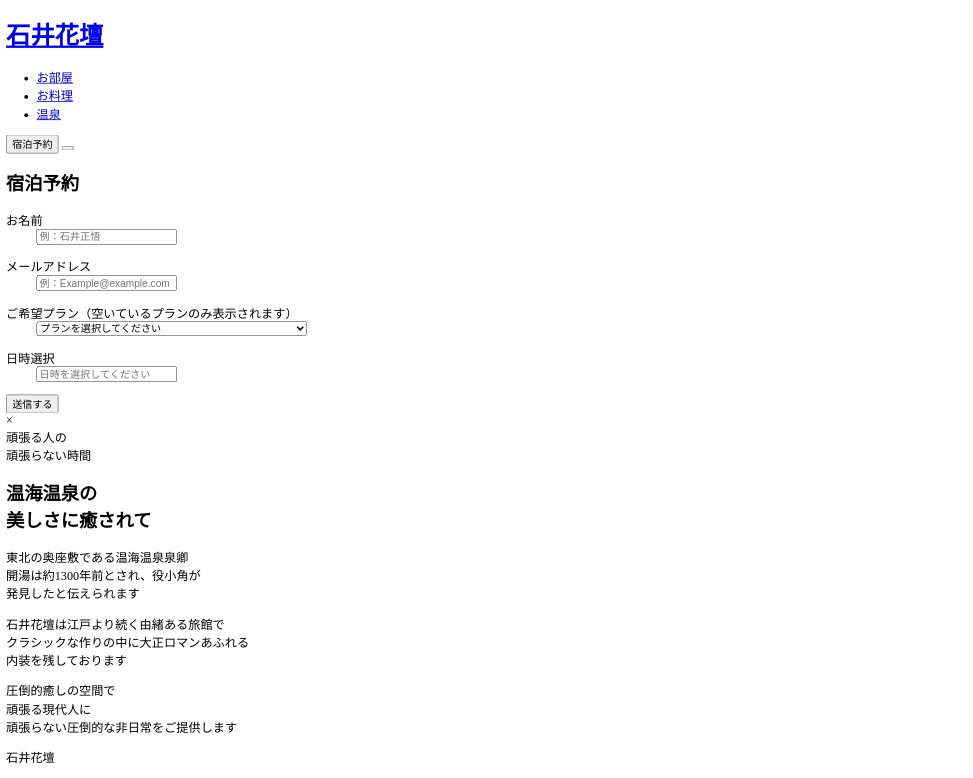
Repository: yuukiyokoyama/compex1
Page: index.html
The author's editor kept a copy of each file at every save. The page is drawn from the files as they stood at one save, then again after the next save.
The browser window is 1280 px wide. The pictures show the whole page, at 76% of full size.

Above is the page before, as saved 2021-09-16 23:54:55.

### index.html
<!DOCTYPE html>
<html lang="ja">
  <head>
    <meta charset="UTF-8" />
    <meta http-equiv="X-UA-Compatible" content="IE=edge" />
    <meta name="viewport" content="width=device-width, initial-scale=1.0" />
    <title>Document</title>
  </head>
  <body data-aos-easing="ease" data-aos-duration="400" data-aos-delay="0">
    <div id="fv">
      <div class="fv__img" style="background-image: url(images/mainbg01.jpg)"></div>
      <div class="fv__img" style="background-image: url(images/mainbg02.jpg)"></div>
      <div class="fv__img" style="background-image: url(images/mainbg03.jpg)"></div>

      <header>
        <div class="header__inner">
          <div class="header__inner--left">
            <h1 class="header_site-title">
              <a href="#">石井花壇</a>
            </h1>
            <div class="header__menu">
              <nav>
                <ul class="header__list">
                  <li class="header__list-item">
                    <a href="room.html">お部屋</a>
                  </li>
                  <li class="header__list-item">
                    <a href="cuisine.html">お料理</a>
                  </li>
                  <li class="header__list-item">
                    <a href="hot-spring.html">温泉</a>
                  </li>
                </ul>
              </nav>
            </div>
            <!-- header__menu -->
          </div>
          <!-- header__inner--left -->
          <div class="header__inner--right">
            <button class="header__reservation">宿泊予約</button>
            <button class="burger_btn">
              <span class="bars">
                <span class="bar bar_top"></span>
                <span class="bar baar_mid"></span>
                <span class="bar bar_bottom"></span>
              </span>
            </button>
          </div>
          <!-- header__inner--right -->
          <!-- モーダルエリアここから -->
          <section id="modalArea" class="modalArea">
            <div id="modalBg" class="modalBg"></div>
            <div class="modalWrapper">
              <form class="modalContents">
                <h2 class="modalAria__title">宿泊予約</h2>
                <dl class="form__body">
                  <dt>
                    <label for="name">お名前</label>
                  </dt>
                  <dd class="form_text">
                    <input type="text" name="name" id="name" placeholder="例：石井正悟" />
                  </dd>
                </dl>
                <dl class="form__body">
                  <dt><label for="mail-address"></label> メールアドレス</dt>
                  <dd class="form_text">
                    <input
                      type="text"
                      name="mail-address"
                      id="mail-address"
                      placeholder="例：Example@example.com"
                    />
                  </dd>
                </dl>
                <dl class="form__body">
                  <dt>
                    <label for="desired-plan"
                      >ご希望プラン（空いているプランのみ表示されます）</label
                    >
                  </dt>
                  <dd class="form__text">
                    <select name="desired-plan" id="desired-plan">
                      <option value="hidden">プランを選択してください</option>
                      <option value="limited-time">
                        【期間限定】海辺の四季旬彩、贅沢美味懐石プラン
                      </option>
                      <option value="weekday-plan">平日に優雅に楽しむ、特別宿泊プラン</option>
                      <option value="family-plan">
                        絶景貸切露天と個室会席を満喫できるファミリープラン
                      </option>
                    </select>
                  </dd>
                </dl>
                <dl class="form__body">
                  <dt><label for="date-select">日時選択</label></dt>
                  <dd class="form__text">
                    <input
                      type="text"
                      class="flatpickr flatpickr-input"
                      placeholder="日時を選択してください"
                      readonly="readonly"
                    />
                  </dd>
                </dl>
                <input type="submit" class="form__submit-btn" value="送信する" />
                <div id="closeModal" class="closeModal">×</div>
              </form>
            </div>
          </section>
        </div>
        <!-- header__inner -->
      </header>
      <div class="copy">頑張る人の<br />頑張らない時間</div>
    </div>
    <!-- fv -->
    <main>
      <article>
        <section class="preface">
          <div class="section__wrapper">
            <div
              class="preface__body aos-init aos-animate"
              data-aos="fade-up"
              data-aos-duration="2000"
            >
              <h2 class="preface_title">
                温海温泉の<br />
                美しさに癒されて<br />
              </h2>
              <p class="preface_text">
                東北の奥座敷である温海温泉泉卿<br />
                開湯は約1300年前とされ、役小角が<br />
                発見したと伝えられます
              </p>
              <p class="preface__text">
                石井花壇は江戸より続く由緒ある旅館で<br />
                クラシックな作りの中に大正ロマンあふれる<br />
                内装を残しております
              </p>
              <p class="preface_text">
                圧倒的癒しの空間で<br />
                頑張る現代人に<br />
                頑張らない圧倒的な非日常をご提供します
              </p>
              <p class="preface__name">石井花壇</p>
            </div>
            <!-- preface__body -->
          </div>
        </section>
        <section class="contents">
          <div class="contents__box"></div>
          <div class="contents__box contents__reverse"></div>
          <div class="contents__box">
            <figure
              class="contents__img-wrapper aos-init aos-animate"
              data-aos="fade-up"
              data-aos-duration="2000"
            ></figure>
          </div>
        </section>
        <section class="lodging-plan"></section>
        <section class="news"></section>
        <section class="access"></section>
      </article>
    </main>
  </body>
</html>

After the next save:
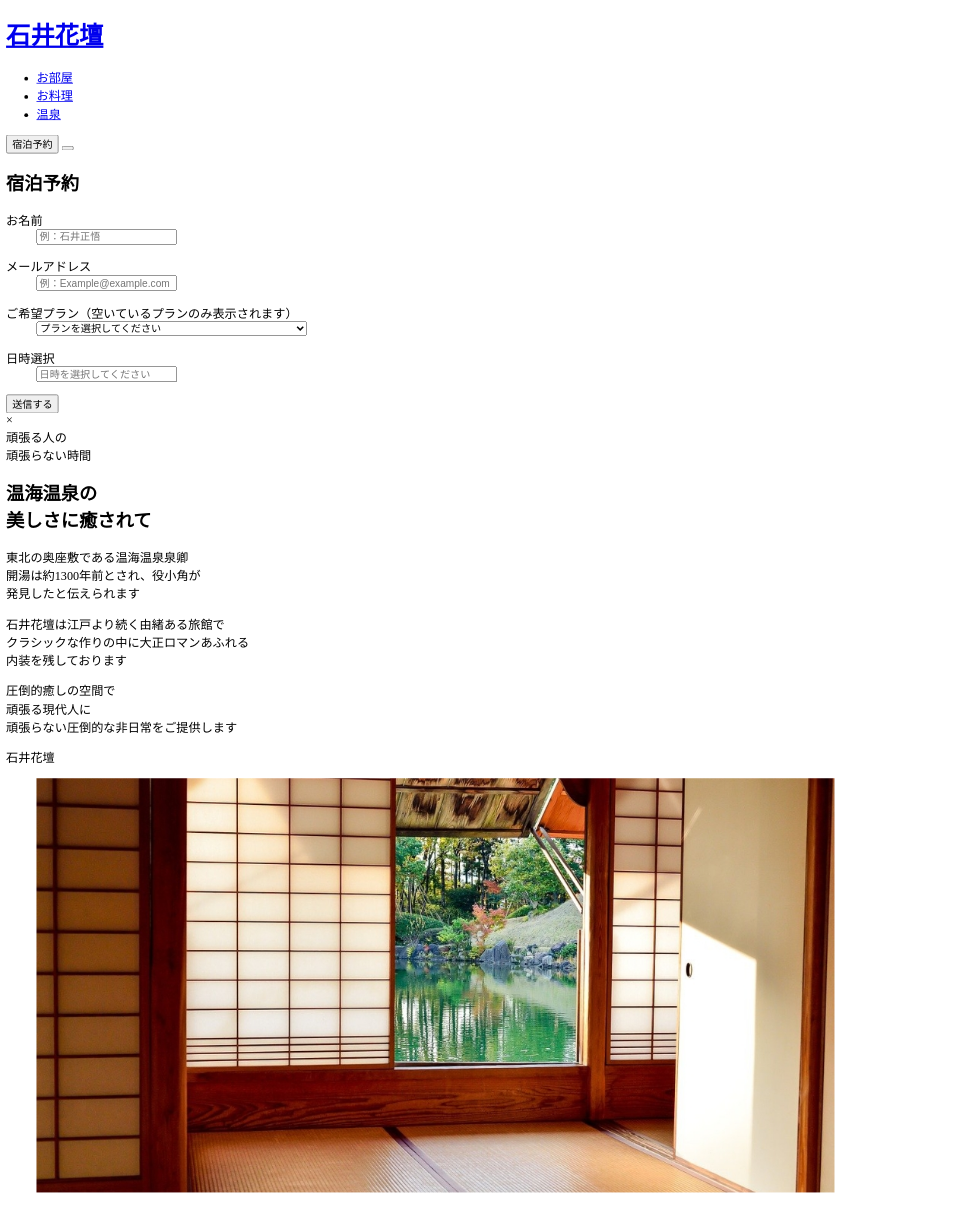
Saved 79 s later.
--- a/index.html
+++ b/index.html
@@ -154,7 +154,9 @@
               class="contents__img-wrapper aos-init aos-animate"
               data-aos="fade-up"
               data-aos-duration="2000"
-            ></figure>
+            >
+              <img src="images/oheya-top.jpg" alt="お部屋" />
+            </figure>
           </div>
         </section>
         <section class="lodging-plan"></section>
